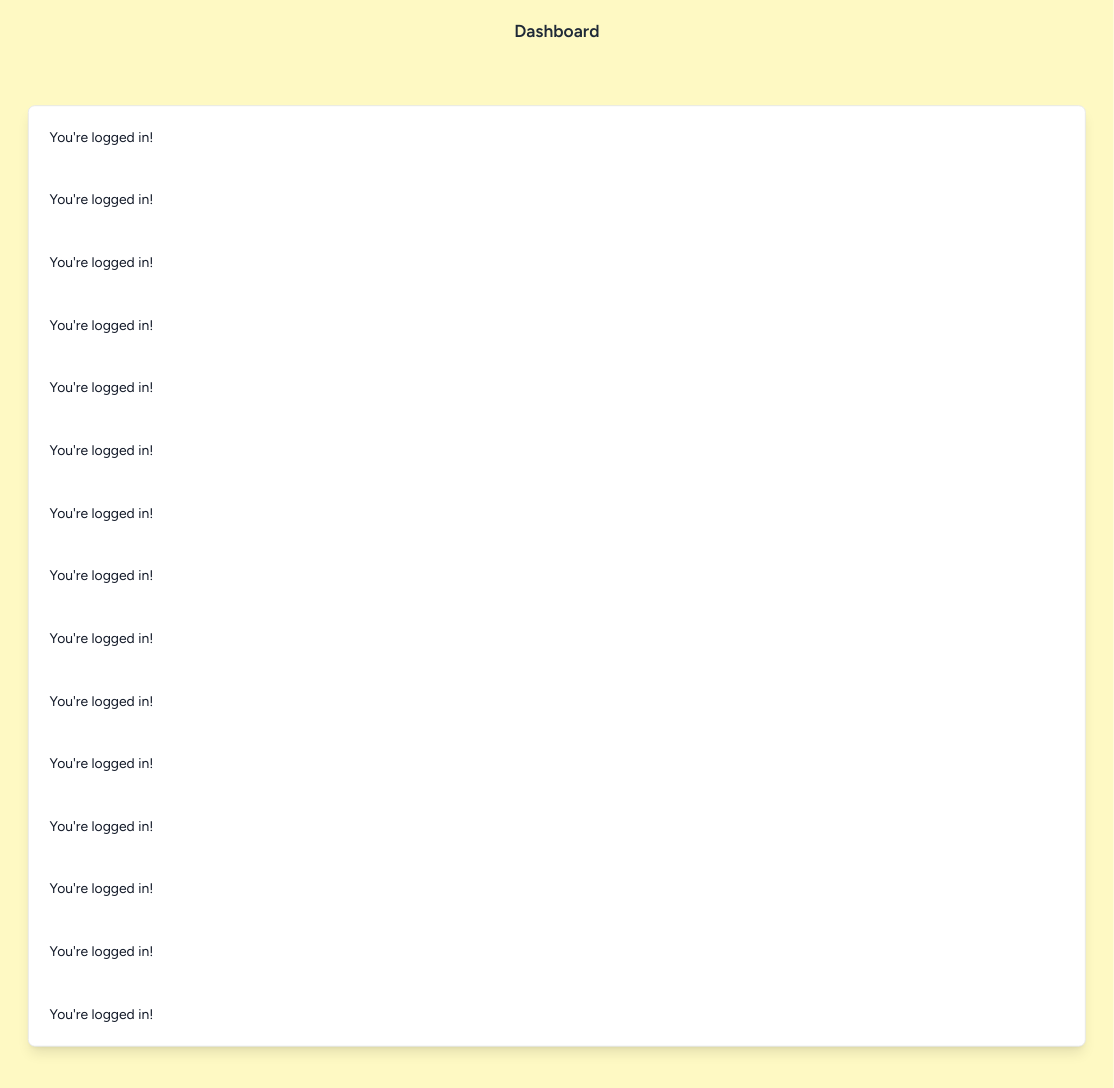
Repository: RudyAnconi/grocery
Page: resources/views/dashboard.blade.php
An editor plug-in stored every save of this project. The page is shown before and after the next save, followed by the edit.
The browser window is 1280 px wide. The pictures show the whole page, at 87% of full size.
The page is served by the project's Laravel application, run on PHP 8.4 with Laravel 12. Style sheets and scripts are compiled from the project's sources, by tool versions that may differ from the author's. The template is opened directly, without the code that normally fills it, so the values that code supplies are empty.

Above is the page before, as saved 2024-06-07 20:36:41.

After the next save:
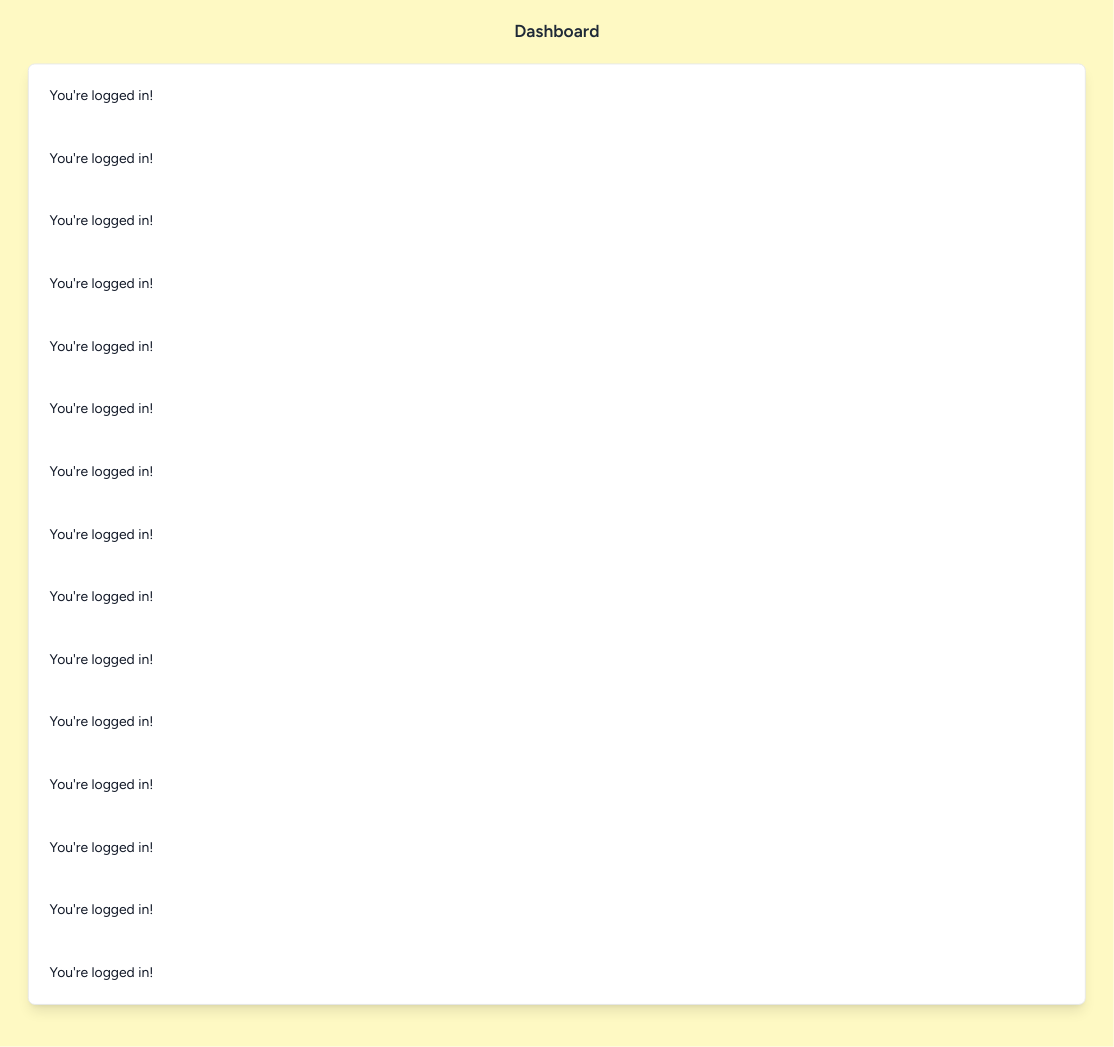
Saved 109 s later.
--- a/resources/views/dashboard.blade.php
+++ b/resources/views/dashboard.blade.php
@@ -5,7 +5,7 @@
         </h2>
     </x-slot>
 
-    <div class="py-12">
+    <div class="pb-12">
         <div class="max-w-7xl mx-auto sm:px-6 lg:px-8">
             <div class="bg-white overflow-hidden shadow-lg border border-gray-200 sm:rounded-lg">
                 <div class="p-6 text-gray-900">
